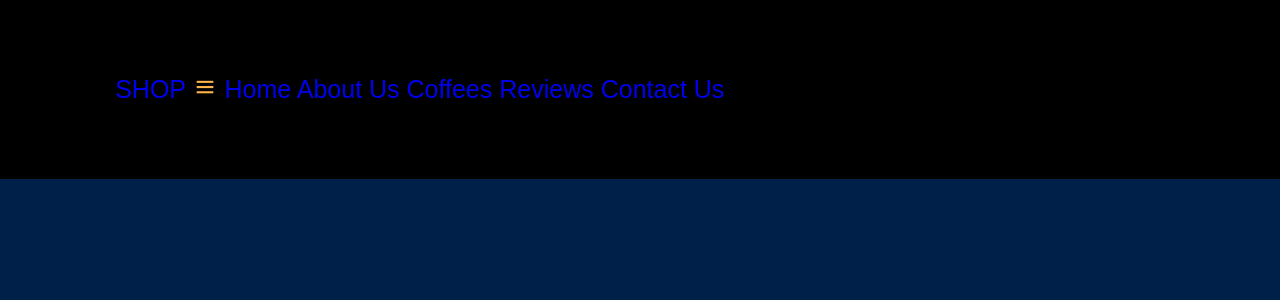
Repository: ntandomagana/Coffee-Shop
Page: index.html
An editor plug-in stored every save of this project. The page is shown before and after the next save, followed by the edit.
The browser window is 1280 px wide. The pictures show the whole page.

Above is the page before, as saved 2024-04-10 13:38:42.

After the next save:
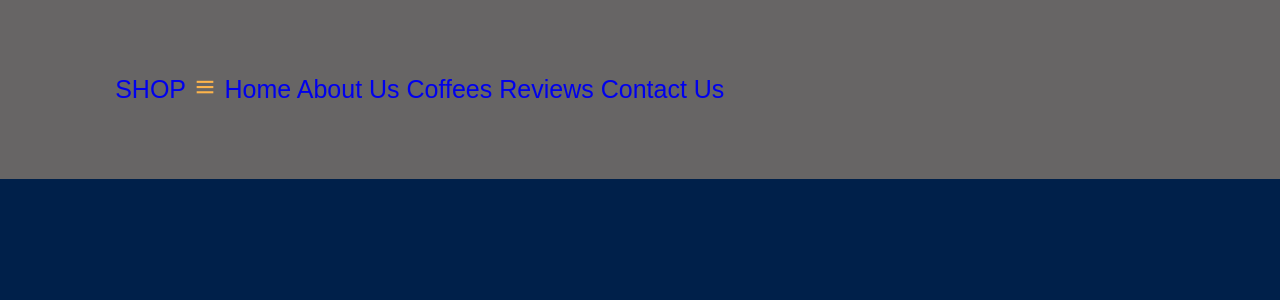
Saved 13 s later.
--- a/style.css
+++ b/style.css
@@ -32,5 +32,5 @@
     left: 0;
     width: 100%;
     padding: 3rem 9%;
-    background: black;
+    background: rgb(103, 101, 101);
 }
